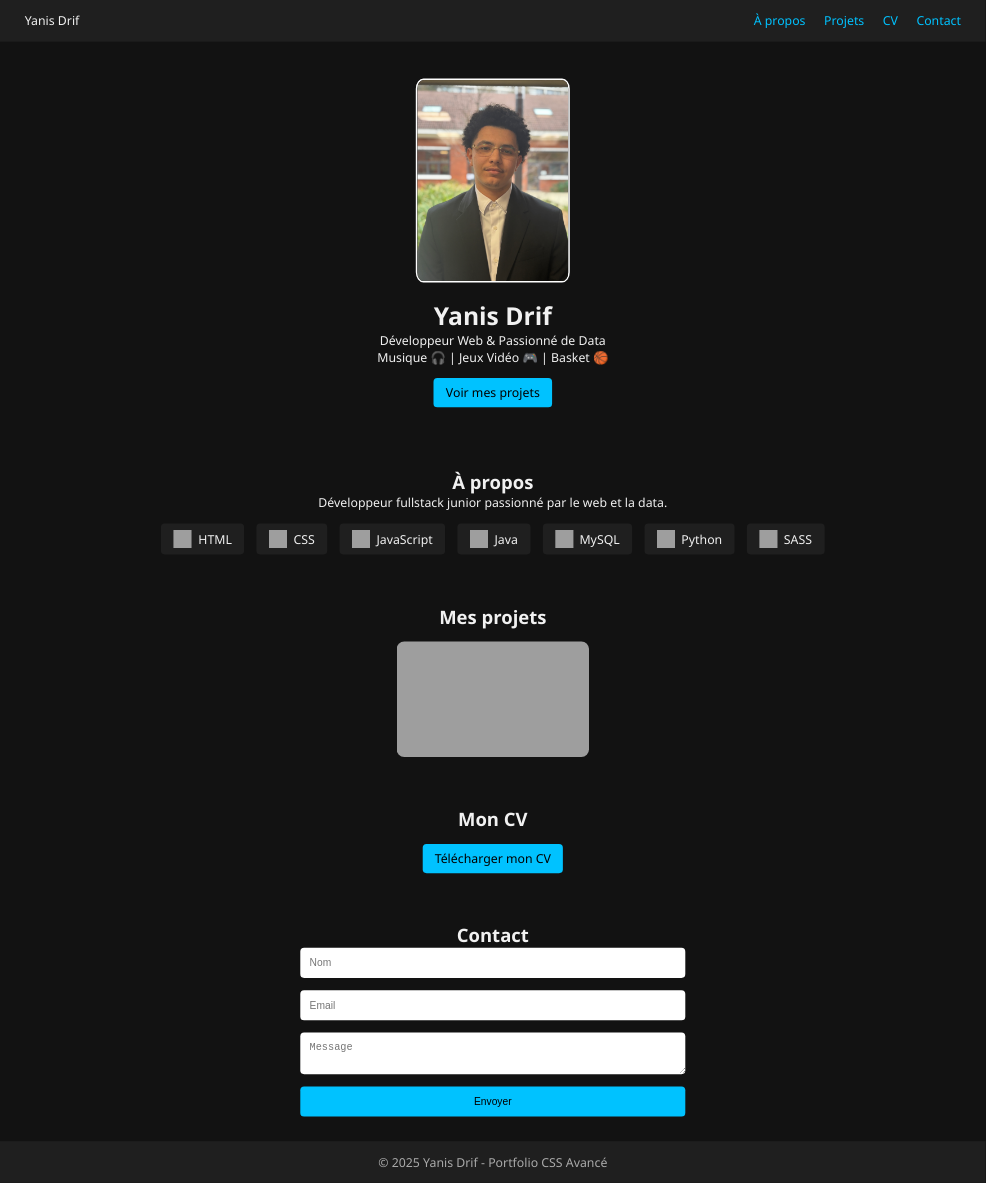
Repository: Yxniiss/ProjetCssAvance
Page: OneDrive/Bureau/Portfolio DrifYanis/home.html
The author's editor kept a copy of each file at every save. The page is drawn from the files as they stood at one save, then again after the next save.
The browser window is 1280 px wide. The pictures show the whole page, at 77% of full size.
Pictures or frames that could not be fetched are drawn as grey boxes.

Above is the page before, as saved 2025-04-10 09:59:37.
Console error: TypeError: Cannot set properties of null (setting 'textContent')

After the next save:
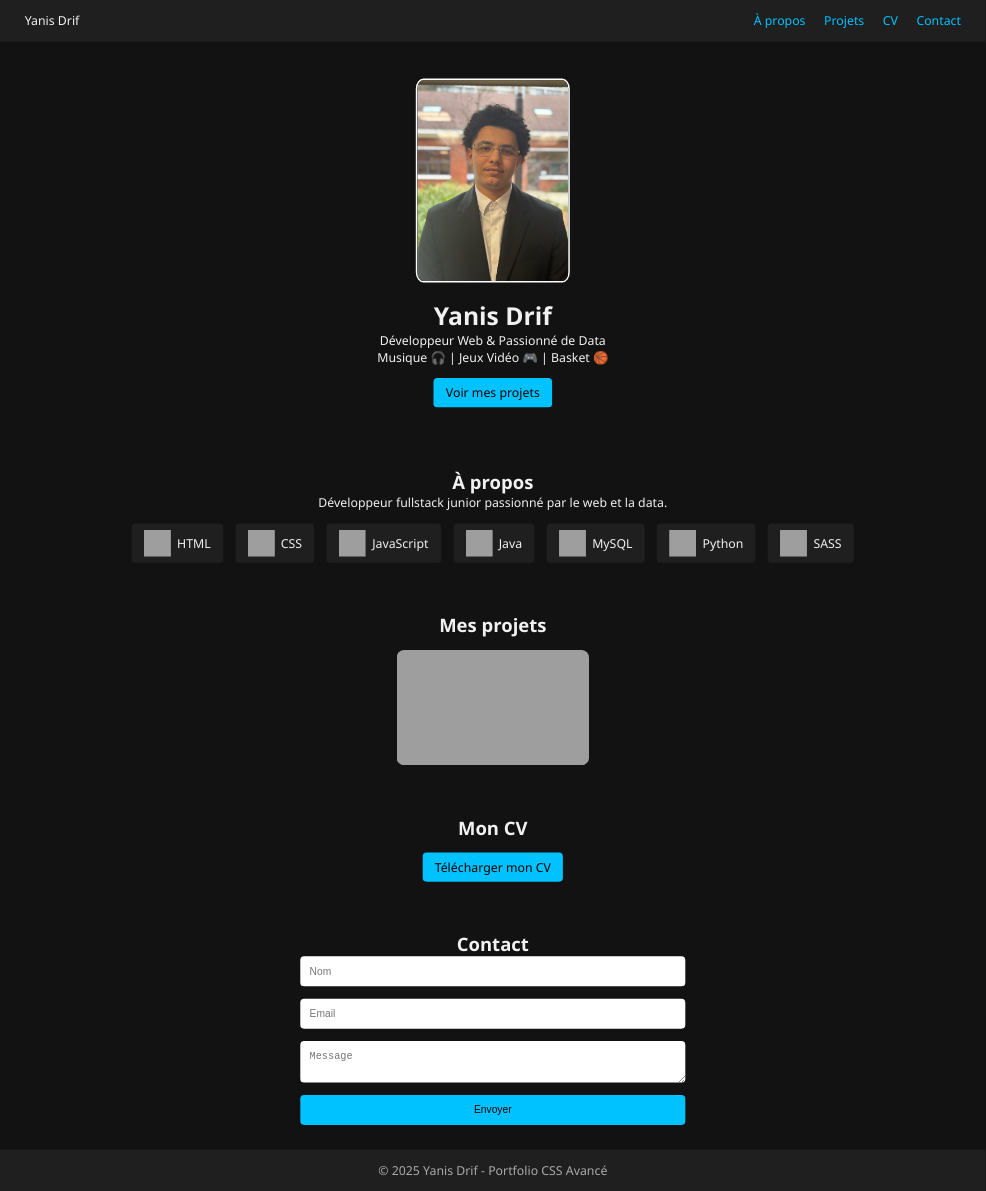
Saved 66 s later.
--- a/OneDrive/Bureau/Portfolio DrifYanis/style.css
+++ b/OneDrive/Bureau/Portfolio DrifYanis/style.css
@@ -79,8 +79,8 @@
   }
 
   .skill img {
-    width: 24px;
-    height: 24px;
+    width: 35px;
+    height: 35px;
   }
 
   footer {
